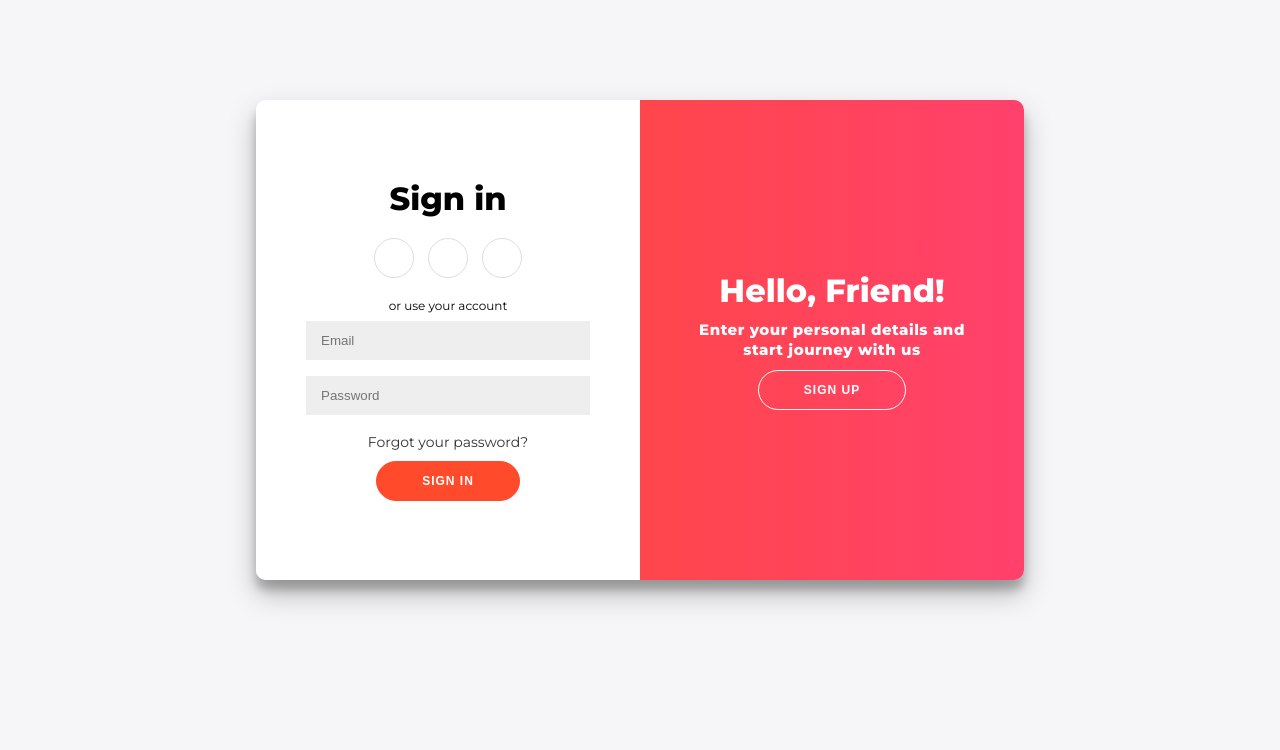
Repository: gatsby5959/_myjsp_workspace_paging_com_2
Page: http://localhost/myjsp_project/
These files come from the project's save history. The page is drawn as it stood at one moment and after the next save; the edit follows.
The browser window is 1280 px wide. The pictures show the whole page.
The page is served by Tomcat 9.

Above is the page before, as saved 2023-09-25 17:28:06.

After the next save:
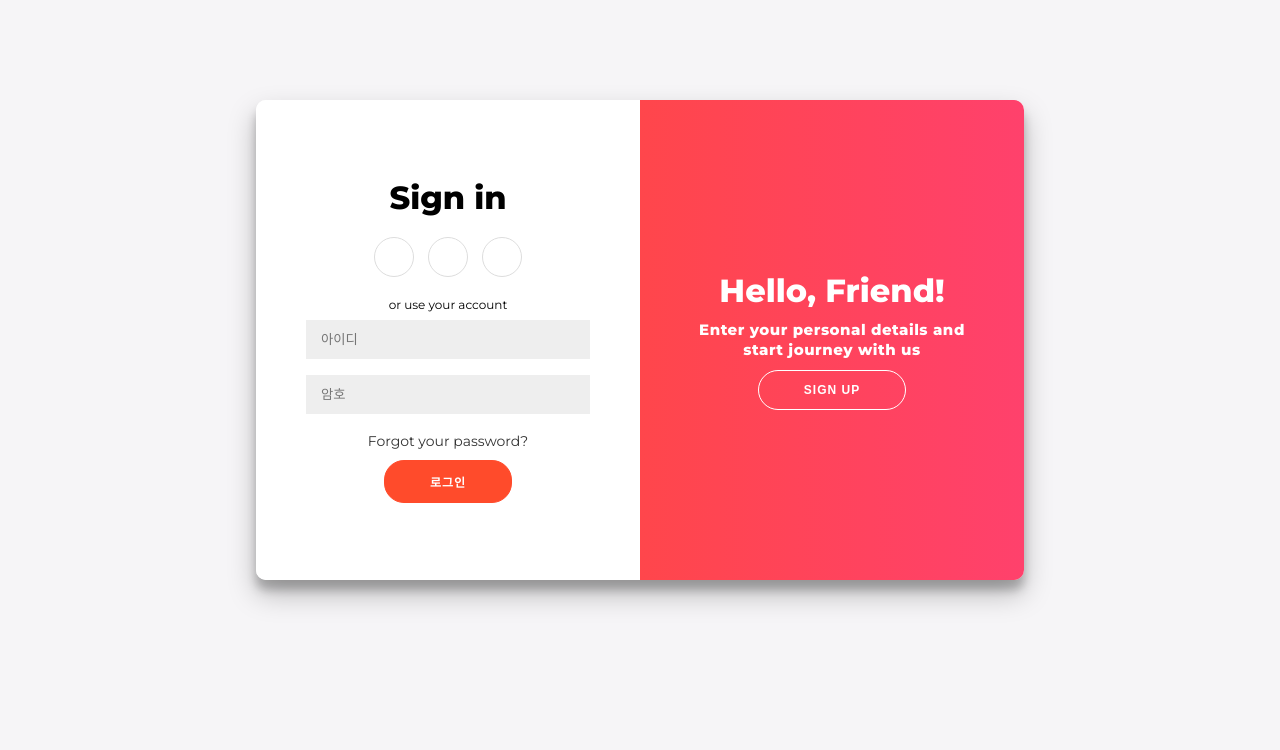
Saved 65 s later.
--- a/myjsp_project/src/main/webapp/index.jsp
+++ b/myjsp_project/src/main/webapp/index.jsp
@@ -39,10 +39,10 @@
 				<a href="#" class="social"><i class="fab fa-linkedin-in"></i></a>
 			</div>
 			<span>or use your account</span>
-			<input type="email" placeholder="Email" />
-			<input type="password" placeholder="Password" />
+			<input type="text" placeholder="아이디" />
+			<input type="text" placeholder="암호" />
 			<a href="#">Forgot your password?</a>
-			<button>Sign In</button>
+			<button>로그인</button>
 		</form>
 	</div>
 	<div class="overlay-container">
